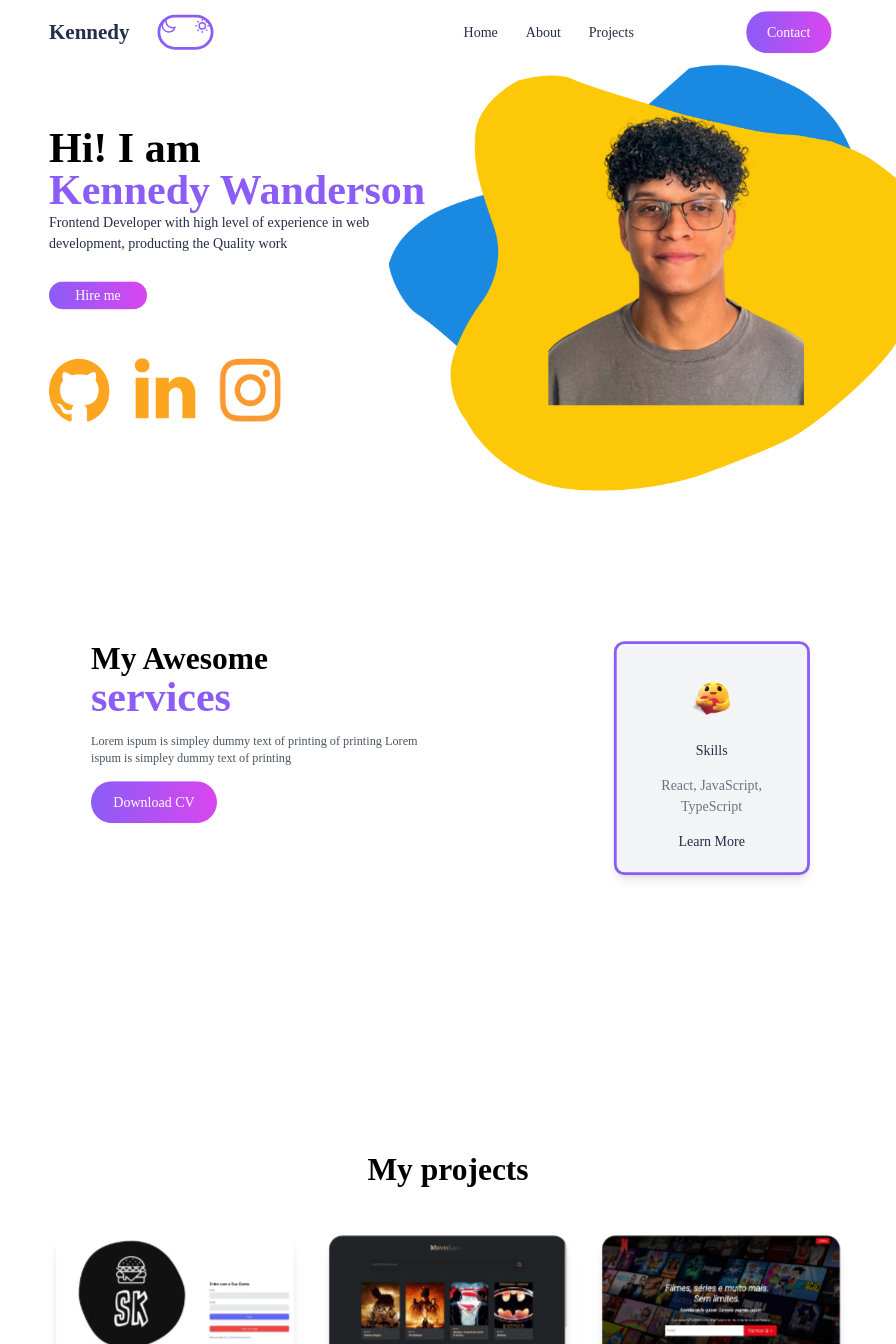
Repository: KennedyWanderson/portfolio
Page: /
The author's editor kept a copy of each file at every save. The page is drawn from the files as they stood at one save, then again after the next save.
The browser window is 1280 px wide. The pictures show the part of the page from y = 0 to 1920 px (the page is 3202 px tall), at 70% of full size.
Some web fonts or font styles are not loaded; a fallback is used. The project was rebuilt for these pictures with package versions that can differ from the ones it lists, and the page was loaded fresh each time. Imported but missing from the stored project, and not drawn on this page: src/Components/Services/Kennedy_CV.pdf.

Above is the page before, as saved 2024-01-20 11:12:31.

### public/index.html
<!DOCTYPE html>
<html lang="en">
  <head>
    <meta charset="utf-8" />
    <link rel="icon" href="%PUBLIC_URL%/favicon.ico" />
    <meta name="viewport" content="width=device-width, initial-scale=1" />
    <meta name="theme-color" content="#000000" />
    <meta
      name="description"
      content="Web site created using create-react-app"
    />

    <style>
      @font-face{
        font-family: Gumela;
        src: url('../src/fonts/*');
      }

      *{
        font-family: 'Gumela';
        font-weight: normal;
        font-size: 20px;
      }
      body{
        margin: 0;
      }
    </style>
    <link rel="apple-touch-icon" href="%PUBLIC_URL%/logo192.png" />
    <!--
      manifest.json provides metadata used when your web app is installed on a
      user's mobile device or desktop. See https://developers.google.com/web/fundamentals/web-app-manifest/
    -->
    <link rel="manifest" href="%PUBLIC_URL%/manifest.json" />
    <!--
      Notice the use of %PUBLIC_URL% in the tags above.
      It will be replaced with the URL of the `public` folder during the build.
      Only files inside the `public` folder can be referenced from the HTML.

      Unlike "/favicon.ico" or "favicon.ico", "%PUBLIC_URL%/favicon.ico" will
      work correctly both with client-side routing and a non-root public URL.
      Learn how to configure a non-root public URL by running `npm run build`.
    -->
    <title>React App</title>
  </head>
  <body>
    <noscript>You need to enable JavaScript to run this app.</noscript>
    <div id="root"></div>
    <!--
      This HTML file is a template.
      If you open it directly in the browser, you will see an empty page.

      You can add webfonts, meta tags, or analytics to this file.
      The build step will place the bundled scripts into the <body> tag.

      To begin the development, run `npm start` or `yarn start`.
      To create a production bundle, use `npm run build` or `yarn build`.
    -->
  </body>
</html>

### src/index.css
@import 'tailwindcss/base';
@import 'tailwindcss/components';
@import 'tailwindcss/utilities';

:root
{
  --yellow: #F5C32C;
    --orange : #FCA61F;
    --black : #242D49;
    --gray : #788097;
    --blueCard : #DDF8FE;
    --purple: rgb(238 210 255);
    --boxShadow : 0px 19px 60px rgb(0 0 0 / 8%);
    --orangeCard: rgba(252, 166, 31, 0.45);
    --smboxShadow: -79px 51px 60px rgba(0, 0, 0, 0.08);
}

.App{
    overflow: hidden;
    color: var(--black);
}

### src/App.js
import logo from './logo.svg';
import './App.css';
import './index.css'
import Navbar from './Components/Navbar/Navbar';
import About from './Components/About/About';
import Services from './Components/Services/Services';
import Portfolio from './Components/Portfolio/Portfolio';
import Contact from './Components/Contact/Contact';
import Footer from './Components/Footer/Footer';

function App() {
  return (
    <>
    <div className="App">
      <Navbar />
      <About />
      <Services />
      <Portfolio />
      <Contact />
    </div>
      <Footer />

    </>
  );
}

export default App;

### src/App.css
@import 'tailwindcss/base';
@import 'tailwindcss/components';
@import 'tailwindcss/utilities';

:root
{
  --yellow: #F5C32C;
    --orange : #FCA61F;
    --black : #242D49;
    --gray : #788097;
    --blueCard : #DDF8FE;
    --purple: rgb(238 210 255);
    --boxShadow : 0px 19px 60px rgb(0 0 0 / 8%);
    --orangeCard: rgba(252, 166, 31, 0.45);
    --smboxShadow: -79px 51px 60px rgba(0, 0, 0, 0.08);
}

.App{
    padding: 0.5rem 3.5rem;
    overflow: hidden;
    color: var(--black);
}

.button{
  border-radius: 34px;
  border: none;
  color: white;
  font-size: 16px;
  padding: 10px;
}

### src/Components/Navbar/Navbar.jsx
import React from "react";
import Toggle from "../Toggle/Toggle";

const Navbar = () => {
    return(             //h-screen
        <div className="h-[10vh] flex justify-between">
            <div className="flex-1 flex items-center gap-8">
                <div className="text-2xl font-bold">Kennedy</div>
                <Toggle />
            </div>
            <div className="flex flex-1 items-center justify-center font-normal">
                <div className="flex-grow-10">
                    <ul className="flex gap-8 mr-32 hover:cursor-grab">
                        <li className="hover:text-orange-500">Home</li>
                        <li className="hover:text-orange-500">About</li>
                        <li className="hover:text-orange-500">Projects</li>
                    </ul>
                </div>
                <button className=" rounded-3xl	border-none	text-white text-base pt-3 p-3 pr-6 pl-6 bg-gradient-to-r from-violet-500 to-fuchsia-500
                hover:cursor-grab bg-white hover:text-orange-500
                ">Contact</button>
            </div>
        </div>
    )
}

export default Navbar;

### src/Components/About/About.jsx
import React from "react";
import Github from '../../img/github.png'
import Instagram from '../../img/instagram.png'
import Linkedin from '../../img/linkedin.png'
import Profile from '../../img/eu.png'
import './About.css'
import Vector1 from '../../img/Vector1.png'
import Vector2 from '../../img/Vector2.png'



const About = () => {
    return (
        <div className="flex h-[77vh] my-20">
            <div className="flex flex-col relative flex-1 gap-8">
                <div className="flex flex-col">
                    <span className="text-black font-bold text-5xl">Hi! I am</span>
                    <span className="text-violet-500 font-bold text-5xl">Kennedy Wanderson</span>
                    <span>Frontend Developer with high level of experience
                        in web development, producting the Quality work                   </span>
                </div>
                <button className="rounded-3xl	border-none	text-white text-base pt-3 p-3 pr-6 pl-6 bg-gradient-to-r from-violet-500 to-fuchsia-500
                hover:cursor-grab bg-white hover:text-orange-500 w-28 h-8 flex justify-center items-center">Hire me</button>
                <div className="mt-6 flex gap-7 hover:cursor-grab">
                    <a href="https://github.com/KennedyWanderson">
                        <img src={Github} alt="" />
                    </a>
                    <a href="https://www.linkedin.com/in/kennedy-wanderson/">
                        <img src={Linkedin} alt="" />
                    </a>
                    <a href="https://www.instagram.com/_dev.kennedy/">
                        <img src={Instagram} alt="" />
                    </a>
                </div>
            </div>
            <div className="i-right">
                <img src={Vector1} alt="" />
                <img src={Vector2} alt="" />
                <img src={Profile} alt="" />
            </div>
        </div>
    )
}

export default About;

### src/Components/Services/Services.jsx
import React from "react";
import HeartEmoji from '../../img/heartemoji.png'
import Glasses from '../../img/glassesimoji.png'
import Humble from '../../img/humble.png'
import Card from "../Card/Card";
import Resume from './Kennedy_CV.pdf'

const Services = () => {
    return (
        <div className="pt-0 pb-12 pr-3 pl-12 flex h-[90vh]  mt-36">
            <div className="flex flex-col relative">
                <span className="text-black text-4xl font-bold">My Awesome</span>
                <span className="text-violet-500 font-bold text-5xl">services</span>
                <spane className="text-gray-600 text-sm mt-4">Lorem ispum is simpley dummy text of printing of printing Lorem

                    <br />
                    ispum is simpley dummy text of printing
                </spane>
                <a href={Resume} download>
                    <button className="rounded-3xl	border-none	text-white text-base pt-3 p-3 pr-6 pl-6 bg-gradient-to-r from-violet-500 to-fuchsia-500
                    hover:cursor-grab bg-white hover:text-orange-500 w-36 mt-4">Download CV</button>
                </a>
            </div>
            <div className="relative">
                <div className="left-56 absolute">
                    <Card
                        emoji={HeartEmoji}
                        heading={'Skills'}
                        detail={'React, JavaScript, TypeScript'}
                    />
                </div>
            </div>
        </div>
    )
}

export default Services;

### src/Components/Portfolio/Portfolio.jsx
import React from "react";
import {Swiper, SwiperSlide} from 'swiper/react'
import 'swiper/css'
import Admin from '../../img/admin.jpeg'
import Movie from '../../img/movie.jpeg'
import Netflix from '../../img/netflix.jpeg'

const Portfolio = () => {
    return(
        <div className="flex flex-col items-center justify-center h-[70vh]">
            <span className="text-black font-bold text-4xl">My projects</span>


            <Swiper spaceBetween={30}
            slidesPerView={3}
            grabCursor={true}
            className="overflow-visible w-full mt-12">
                <SwiperSlide className="w-80 p-2">
                    <img className="w-72 drop-shadow-xl rounded-2xl"  src={Admin} alt="" />
                </SwiperSlide>
                <SwiperSlide className="w-80 p-2">
                    <img className="w-72 drop-shadow-xl rounded-2xl" src={Movie} alt="" />
                </SwiperSlide>
                <SwiperSlide className="w-80 p-2">
                    <img className="w-72 drop-shadow-xl rounded-2xl"  src={Netflix} alt="" />
                </SwiperSlide>
                <SwiperSlide className="w-80 p-2">
                    <img className="w-72 drop-shadow-xl rounded-2xl" src={Movie} alt="" />
                </SwiperSlide>
            </Swiper>
        </div>
    )
}

export default Portfolio;

### src/Components/Contact/Contact.jsx
import React, { useState } from "react";
import { useRef } from 'react';
import emailjs from '@emailjs/browser';

const Contact = () => {

  const form = useRef();

  const [done, setDone] = useState(false)

  const sendEmail = (e) => {
    e.preventDefault();

    emailjs.sendForm('service_nloztkk', 'template_w0nf8e5', form.current, 'l4pVECB3jFJ-edbZo')
      .then((result) => {
          console.log(result.text);
          setDone(true)
      }, (error) => {
          console.log(error.text);
      });
  };

    return(
        <div className="pt-0 pr-12 pb-0 pl-12 mt-16 flex h-[80vh]">
            <div>
                <div className="flex flex-col">
                    <span className="text-black font-bold text-4xl">Get in touch</span>
                    <span className="text-violet-500 font-bold text-5xl">Contact me</span>
                </div>
            </div>

            <div className="flex justify-center relative flex-1">
                <form ref={form} onSubmit={sendEmail} className="flex flex-col gap-8 items-center" action="">
                    <input type="text" name="user_name" className=" w-80 h-8 p-2 outline-none border-2 border-violet-500 rounded-lg text-base" placeholder="Name" />
                    <input type="email" name="user_email" className="w-80 h-8 p-2 outline-none border-2 border-violet-500 rounded-lg text-base" placeholder="Email" />
                    <textarea  name="message" className="h-16 w-80 p-2 outline-none border-2 border-violet-500 rounded-lg text-base" placeholder="Message" />
                    <input type="submit" value="Send" className="rounded-3xl border-none text-white text-base pt-3 p-3 pr-6 pl-6 bg-gradient-to-r from-violet-500 to-fuchsia-500
                    hover:cursor-grab bg-white hover:text-orange-500 w-32 mt-4" />
                    <span className="text-green-500 font-bold text-xl">{done && "Thanks for contacting me!"}</span>
                </form>
            </div>
        </div>
    )
}

export default Contact;

### src/Components/Footer/Footer.jsx
import React from "react";
import Wave from '../../img/wave.png'
import Insta from '@iconscout/react-unicons/icons/uil-instagram'
import Git from '@iconscout/react-unicons/icons/uil-github'
import Linkedin from '@iconscout/react-unicons/icons/uil-linkedin'

const Footer = () => {
    return(
        <div className="flex items-center mt-[-0.5rem] mb-[-3.5rem] relative">
            <img src={Wave} alt="" style={{width: '100%'}}/>
            <div className="flex flex-col items-center justify-center absolute w-full mt-16 gap-16 text-white">
                <span>devprogrammer.wiz@gmail.com</span>
                <div className="flex gap-8">
                    <Insta color='white' size='3rem' />
                    <Git color='white' size='3rem' />
                    <Linkedin color='white' size='3rem' />
                </div>
            </div>
        </div>
    )
}

export default Footer;

### src/Components/Toggle/Toggle.jsx
import React from "react";
import Sun from '@iconscout/react-unicons/icons/uil-sun'
import Moon from '@iconscout/react-unicons/icons/uil-moon'

const Toggle = () => {
    return (
        <div className="flex justify-between rounded-full border-4 border-violet-500 relative p- cursor-grab
        w-16 h-10 text-violet-500">
                <Moon />
                <Sun />

            <div className=" rounded-full absolute bg-violet-500">

            </div>
        </div>
    )
}

export default Toggle;

### src/Components/About/About.css
.i-right{
    flex: 1;
    position: relative;
}

.i-right>*{
    position: absolute;
    z-index: 1;
}

.i-right>:nth-child(1){
    transform: scale(1.2);
    left: -5%;
    top: -9%;
}
    .i-right>:nth-child(2){
        top: -4.6%;
        transform: scale(1.2);
        left: 3rem;
    }
    .i-right>:nth-child(3){
    transform: scale(1.1);
    left: 28%;
}

### src/Components/Card/Card.jsx
import React from "react";
import '../../App.css'

const Card = ({emoji, heading, detail}) =>{
    return(
        <div className=" w-56 absolute flex flex-col gap-4 items-center w-40 text-center bg-gray-100
        rounded-xl border-4 border-violet-500 shadow-lg pt-0 pr-7 pb-6 pl-7">
            <img className="scale-50 mb-[-2rem]" src={emoji} alt="" />
            <span>{heading}</span>
            <span className="text-gray-500 text-base">{detail}</span>
            <button>Learn More</button>
        </div>
    )
}

export default Card;

Loaded but not shown: src/index.js (common file); src/reportWebVitals.js (common file); tailwind.config.js (common file)

After the next save:
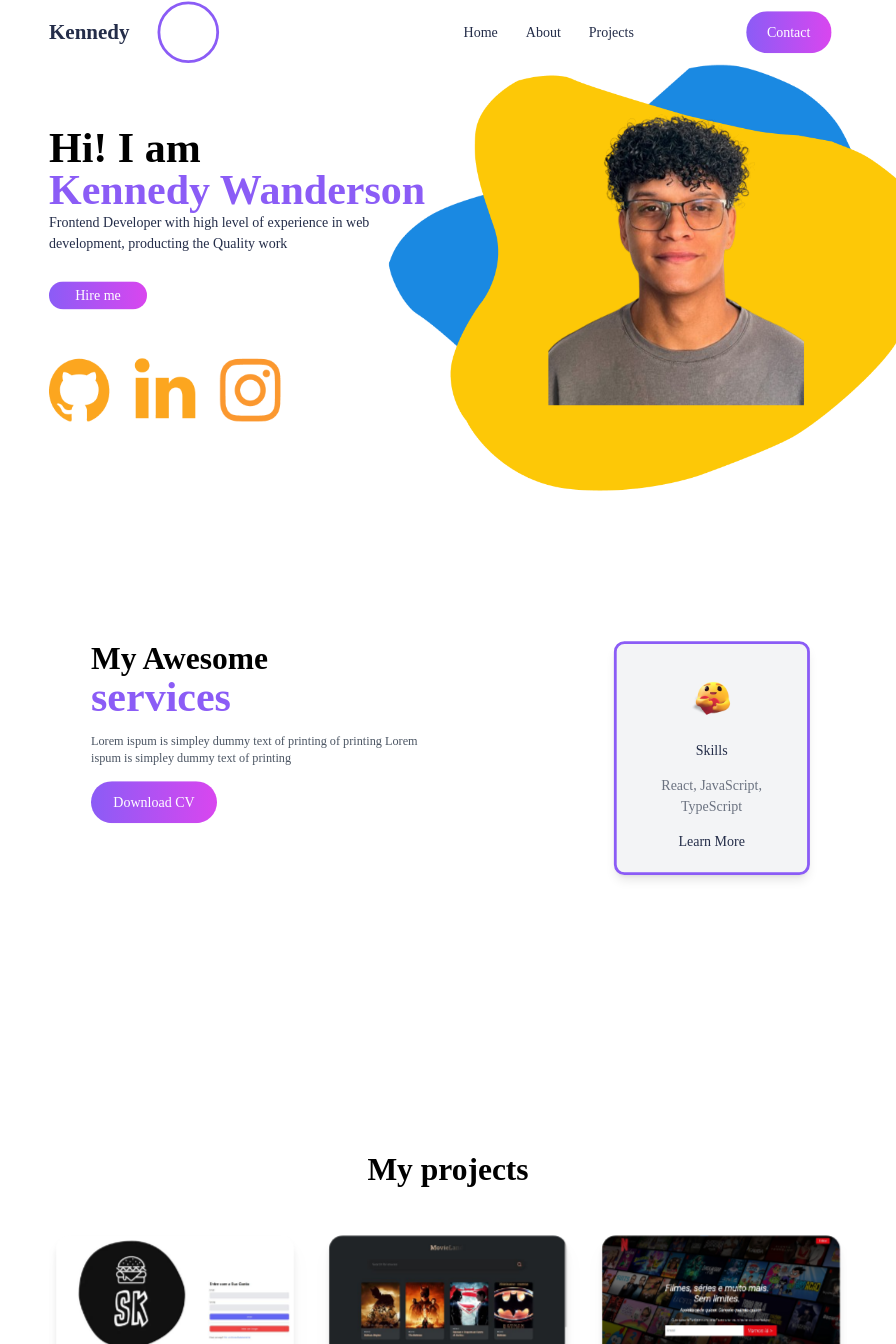
Saved 14 s later.
--- a/src/Components/Toggle/Toggle.jsx
+++ b/src/Components/Toggle/Toggle.jsx
@@ -4,7 +4,7 @@ import Moon from '@iconscout/react-unicons/icons/uil-moon'
 
 const Toggle = () => {
     return (
-        <div className="flex justify-between rounded-full border-4 border-violet-500 relative p- cursor-grab
+        <div className="flex justify-between rounded-full border-4 border-violet-500 relative p-8 cursor-grab
         w-16 h-10 text-violet-500">
                 <Moon />
                 <Sun />
